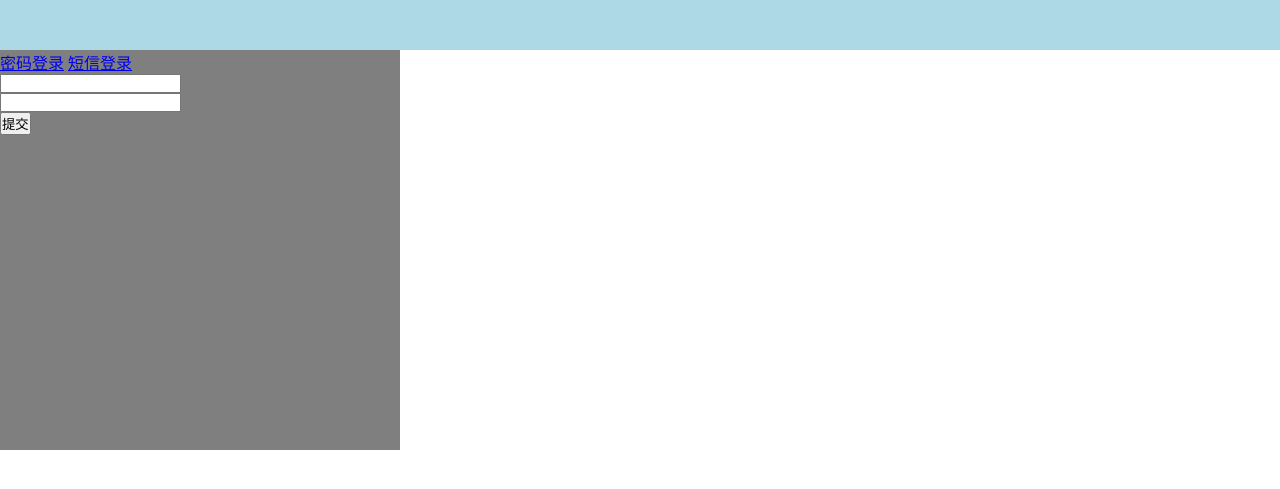
Repository: wxamlzm/campus0714
Page: views/login.html
These files come from the project's save history. The page is drawn as it stood at one moment and after the next save; the edit follows.
The browser window is 1280 px wide. The pictures show the whole page.

Above is the page before, as saved 2021-07-14 22:53:24.

### views/login.html
<!DOCTYPE html>
<html>
  <head>
    <meta charset='utf-8'>
    <title>注册页面</title>
    <link rel="stylesheet" href="./css/common.css">
  </head>
  <body>
    <header></header>
    <div class="login-box">
      <div class="login-container">
        <div class="login-title">
          <a href="#">密码登录</a>
          <a href="#">短信登录</a>
        </div>
        <div class="login-inpu">
          <div class="input-user">
            <input type="text">
          </div>
          <div class="input-upwd">
            <input type="password">
          </div>
        </div>
        <div class="btn">
          <button>提交</button>
        </div>
      </div>
    </div>
  </body>
  <script src="./js/login.js"></script>
</html>

### views/css/common.css
* {
  padding: 0;
  margin: 0;
}
header {
  height: 50px;
  background-color: lightblue;
}
.login-box {
  width: 400px;
  height: 400px;
  background-color: rgba(0,0,0,0.5);
}
.login-box .login-title > a {

}

Loaded but not shown: views/js/login.js (no stored copy; drawn as an empty file)

After the next save:
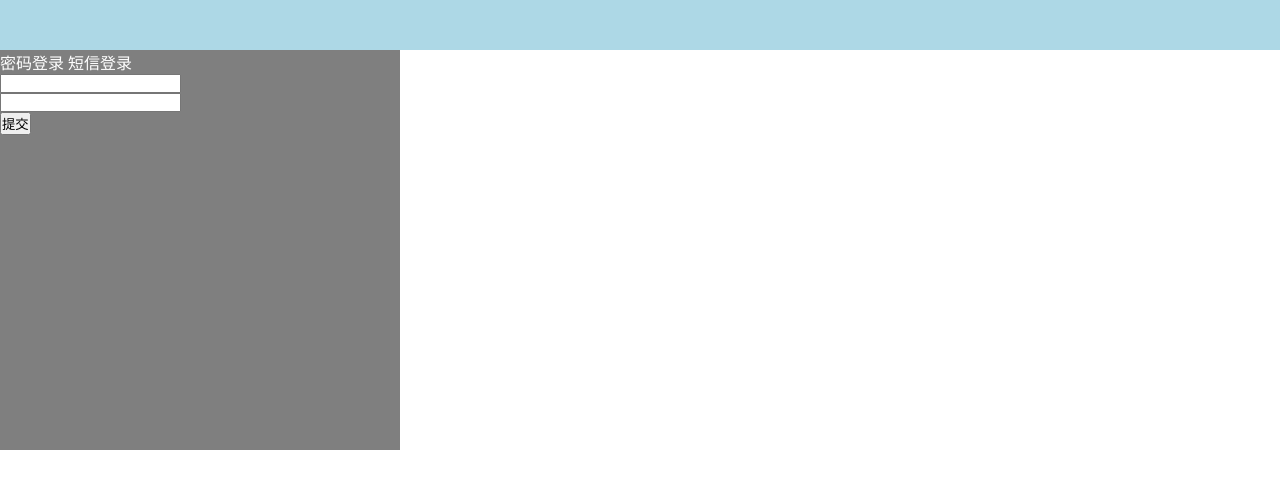
Saved 23 s later.
--- a/views/css/common.css
+++ b/views/css/common.css
@@ -12,5 +12,6 @@ header {
   background-color: rgba(0,0,0,0.5);
 }
 .login-box .login-title > a {
-
+  color: #fff;
+  text-decoration: none;
 }
